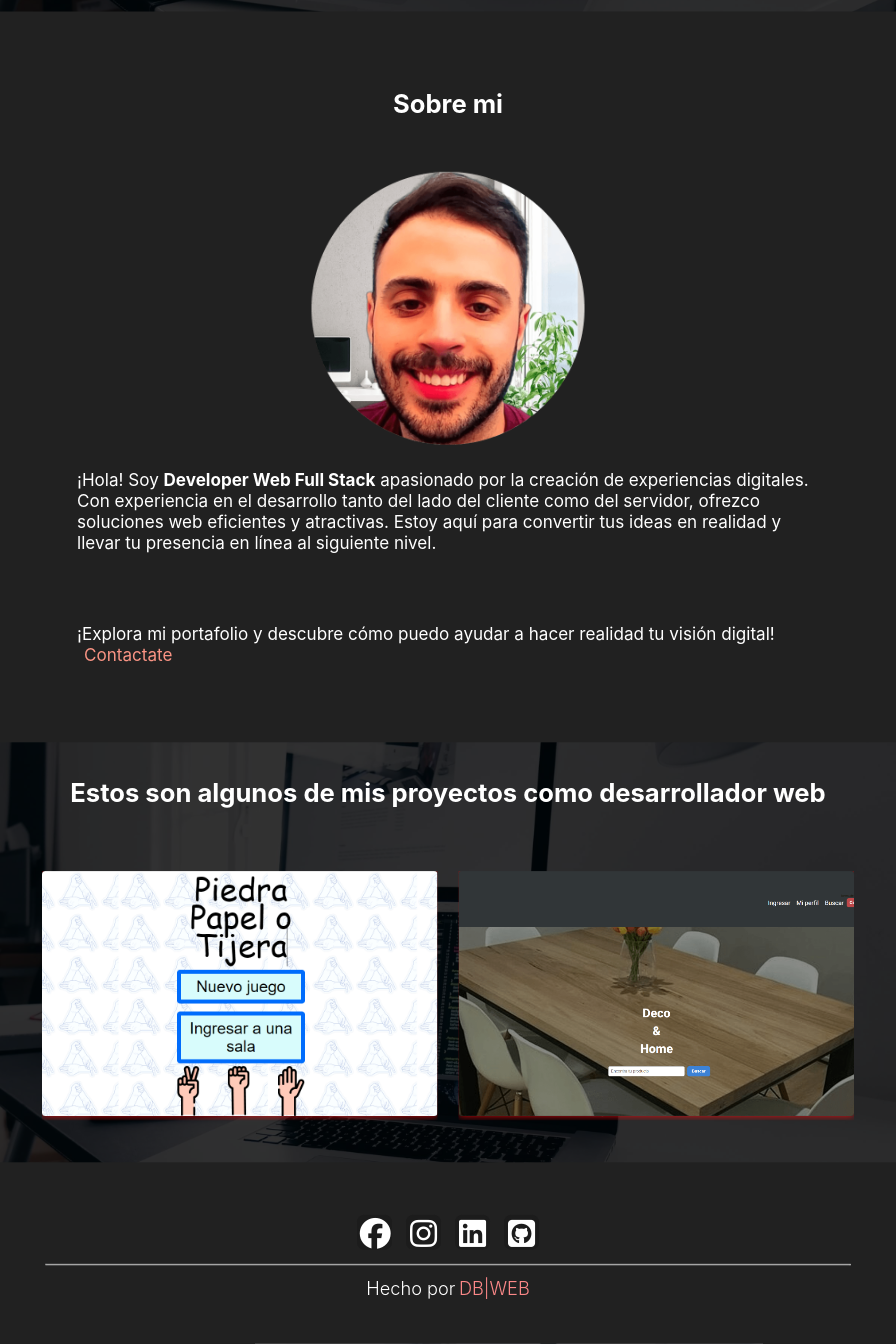
Repository: DamianBermudez94/DB-Porfolio
Page: /
The author's editor kept a copy of each file at every save. The page is drawn from the files as they stood at one save, then again after the next save.
The browser window is 1280 px wide. The pictures show the part of the page from y = 728 to 2648 px (the page is 2648 px tall), at 70% of full size.
Backgrounds fixed to the window are drawn as part of the page. Some web libraries are served in a nearby version. The project was rebuilt for these pictures with package versions that can differ from the ones it lists, and the page was loaded fresh each time. Also part of the build but not shown: vite.config.js, src/components/Servicios/styles.css, src/components/Servicios/Service.jsx, src/pages/Servicios.jsx, src/components/Conocimientos/Conocimientos.jsx, src/pages/AcerdaDe.jsx, src/components/Contacto/Contact.jsx, src/pages/contacto.jsx and 2 more.

Above is the page before, as saved 2024-03-11 19:03:58.

### index.html
<!DOCTYPE html>
<html lang="en">
  <head>
    <meta charset="utf-8" />
    <link rel="icon" href="./public/image/IconoDB.png" />
    <link rel="apple-touch-icon" href="./public/image/IconoDB.png" />
    <meta name="viewport" content="width=device-width, initial-scale=1" />
    <link rel="manifest" href="./src/manifiesto.json">
    <meta name="theme-color" content="#000000" />
    <!--Estilos-->
    <script
      src="https://kit.fontawesome.com/bdbed0aafa.js"
      crossorigin="anonymous"
    ></script>
    <link rel="preconnect" href="https://fonts.gstatic.com" />
    <link rel="preconnect" href="https://fonts.gstatic.com" />
    <link rel="preconnect" href="https://fonts.gstatic.com" />
    <link rel="preconnect" href="https://fonts.gstatic.com" />
    <link
      href="https://fonts.googleapis.com/css2?family=Raleway:wght@200;300&family=Roboto:wght@100;300&display=swap"
      rel="stylesheet"
    />
    <meta name="author" content="Damián Bermúdez" />
    <meta name="description" content="Porfolio web - Damián Bermúdez" />

    <title>Damián Bermúdez - Developer</title>
  </head>
  <body>
    <div id="root"></div>
    <script type="module" src="/src/main.jsx"></script>
  </body>
</html>

### src/main.jsx
import ReactDOM from "react-dom/client";
import "./index.css";
import App from "./App";
import Modal from 'react-modal';
Modal.setAppElement('#root');
const root = ReactDOM.createRoot(document.getElementById("root"));
root.render(<App />);

### src/index.css
* {
  margin: 0;
  padding: 0;
  box-sizing: border-box;
}
body {
  font-family: -apple-system, BlinkMacSystemFont, "Segoe UI", "Roboto", "Oxygen",
    "Ubuntu", "Cantarell", "Fira Sans", "Droid Sans", "Helvetica Neue",
    sans-serif;
  -webkit-font-smoothing: antialiased;
  -moz-osx-font-smoothing: grayscale;
}

### src/App.jsx
import "./App.css";
import { MisRutas } from "./routers/MisRutas";

function App() {
  return (
    <div className="layout">
      <MisRutas />
    </div>
  );
}

export default App;

### src/App.css
.layout {
  margin: 0 auto;
  background-color: #282c34;
  font-size: calc(10px + 2vmin);
  color: white;
  background-image: url("/public/image/banner-parallax.jpg");
  background-size: cover;
  background-position: center;
  background-attachment: fixed;
}
.layout .container-rutas {
  background-color: rgba(0, 0, 0, 0.8);
  width: 100%;
  height: 100%;
  padding-top: 145px;
}

### src/routers/MisRutas.jsx
import { BrowserRouter, Routes, Route } from "react-router-dom";

import { Inicio } from "../pages/Inicio";
import { Servicios } from "../pages/Servicios";
import { AcerdaDe } from "../pages/AcerdaDe";
import { Contacto } from "../pages/contacto";
import { Proyectos } from "../pages/Proyecto";
import { Error } from "../components/Error";
import { NavHeader } from "../components/header/NavHeader";
import { Footer } from "../components/Footer/Footer";

export const MisRutas = () => {
  return (
    <div className="container-rutas">
      <BrowserRouter>
        {/*Header y navegacion*/}
        <NavHeader />
        {/*Contenido general*/}

        <Routes>
          <Route path="/" element={<Inicio />} />
          <Route path="/inicio" element={<Inicio />} />
          <Route path="/servicios" element={<Servicios />} />
          <Route path="/conocimientos" element={<AcerdaDe />} />
          <Route path="/contacto" element={<Contacto />} />
          <Route path="/proyecto" element={<Proyectos />} />
          <Route path="*" element={<Error />} />
        </Routes>

        {/* Footer*/}
        <Footer />
      </BrowserRouter>
    </div>
  );
};

### src/pages/Inicio.jsx

import { Home } from "../components/Home/Home";
export const Inicio = () => {
  return (
  <div><Home/> </div>
  );
};

### src/components/header/NavHeader.jsx
import { useState, useEffect } from "react";
import { NavLink } from "react-router-dom";
import "./NavHeader.css";
import BurguerButton from "./burgerButton";

export const NavHeader = () => {
  const [clicked, setClicked] = useState(false);
  const [scrolled, setScrolled] = useState(false);
  const handleClick = () => {
    //cuando esta true lo pasa a false y vice versa
    setClicked(!clicked);
  };
  useEffect(() => {
    const handleScroll = () => {
      if (window.scrollY > 50) {
        setScrolled(true);
      } else {
        setScrolled(false);
      }
    };

    window.addEventListener("scroll", handleScroll);

    // Limpiar el event listener en el desmontaje del componente
    return () => {
      window.removeEventListener("scroll", handleScroll);
    };
  }, []);

  return (
    <header className={`header ${scrolled ? "scrolled" : ""}`}>
      <div className="nav-content">
        <div className="logo">
          <NavLink to="/inicio">
            <img
              src={"/image/Logo-DB.png"}
              alt="Damian Bermudez desarrollador web"
            ></img>
          </NavLink>
        </div>

        <BurguerButton
          className="btn-menu"
          clicked={clicked}
          handleClick={handleClick}
        />
        <nav className={`links ${clicked ? "active" : ""}`}>
          <ul>
            <li>
              <NavLink
                to="/inicio"
                onClick={handleClick}
                className={({ isActive }) => (isActive ? "active" : "")}
              >
                Inicio
              </NavLink>
            </li>
            <li>
              <NavLink
                to="/proyecto"
                onClick={handleClick}
                className={({ isActive }) => (isActive ? "active" : "")}
              >
                proyectos
              </NavLink>
            </li>
            <li>
              <NavLink
                to="/servicios"
                onClick={handleClick}
                className={({ isActive }) => (isActive ? "active" : "")}
              >
                servicios
              </NavLink>
            </li>
            <li>
              <NavLink
                to="/conocimientos"
                onClick={handleClick}
                className={({ isActive }) => (isActive ? "active" : "")}
              >
                conocimientos
              </NavLink>
            </li>
            <li>
              <NavLink
                to="/contacto"
                onClick={handleClick}
                className={({ isActive }) => (isActive ? "active" : "")}
              >
                contacto
              </NavLink>
            </li>
          </ul>
        </nav>
      </div>
    </header>
  );
};

### src/components/Footer/Footer.jsx

import './Footer.css'
export const Footer = () => {
  return (
    <footer className="footer">
      <div className="contenedor-footer container">
          <div className="footer-redes__sociales">
              <a href="https://www.facebook.com" className="link-redes_sociales" ><i className="fab fa-facebook facebook"></i></a>
              <a href="https://www.instagram.com" className="link-redes_sociales" ><i className="fab fa-instagram instagran"></i></a>
              <a href="https://www.linkedin.com" className="link-redes_sociales" ><i className="fab fa-linkedin linkedin"></i></a>
              <a href="https:/www.github.com" className="link-redes_sociales" ><i className="fab fa-github-square github"></i></a>
          </div>
          <hr className='footer-linea' />
          <div className="footer-text">
              <p className="title-copy">Hecho por<a className="title-footer" href="https://damianbermudezdev.es/">DB|WEB</a></p>
          </div>
      </div>
    </footer>
  )
}

### src/components/Home/Home.jsx
import { NavLink } from "react-router-dom";
import { ListadoTrabajos } from "../Proyectos/ListaTrabajos";
import "./styles.css";
export const Home = () => {
  return (
    <section className="home">
      <div className="home-welcome">
        <div className="container-home">
          <h1 className="title-welcome" style={{ "--duration": "1s" }}>
            <span style={{ "--delay": " .5s" }}>Hola! Mi nombre es,</span>
            <span className="title-custom" style={{ "--delay": ".6s" }}>
              Damián Bermúdez.
            </span>
            <span className="parrafo-welcome" style={{ "--duration": "1s" }}>
              <span style={{ "--delay": " .7s" }}>
                Developer web full stack.
              </span>
            </span>
          </h1>

          <div className="container-redes_inicio">
            <NavLink
              to="https://www.linkedin.com/in/damian-bermudez-4a4a33204/"
              className="link-redes_sociales"
              target="_blank"
            >
              <i className="fab fa-linkedin linkedin"></i>
            </NavLink>
            <NavLink
              to="https://github.com/DamianBermudez94"
              className="link-redes_sociales"
              target="_blank"
            >
              <i className="fab fa-github-square github"></i>
            </NavLink>
            <a
              className="btn-cv"
              href="./cv-pdf/CVDamianBermudez2023_1_ (1).pdf"
              download="CV-damian-bermudez.pdf"
            >
              Descargar mi CV
            </a>
          </div>
        </div>
      </div>
      <section className="section-me">
        <h2>Sobre mi</h2>
        <div className="container-me" data-animation="diagonal">
          <img
            src={"/image/profile-damianbermudez.png"}
            alt="Damian Bermudez desarrollador web"
          ></img>
          <p>
            ¡Hola! Soy <strong>Developer Web Full Stack</strong> apasionado por
            la creación de experiencias digitales. Con experiencia en el
            desarrollo tanto del lado del cliente como del servidor, ofrezco
            soluciones web eficientes y atractivas. Estoy aquí para convertir
            tus ideas en realidad y llevar tu presencia en línea al siguiente
            nivel.
          </p>
        </div>
        <div className="container-inicio_contacto" data-animation="diagonal">
          <p className="parrafo-contacto">
            ¡Explora mi portafolio y descubre cómo puedo ayudar a hacer realidad
            tu visión digital!{" "}
            <NavLink className="enlace-contacto" to="/contacto">
              Contactate
              <span className="border border-top"></span>
              <span className="border border-right"></span>
              <span className="border border-bottom"></span>
              <span className="border border-left"></span>
            </NavLink>
          </p>
        </div>
      </section>
      <section className="content-proyectos__inicio">
        <h2>Estos son algunos de mis proyectos como desarrollador web</h2>
        <ListadoTrabajos limite="2" />
      </section>
    </section>
  );
};

### src/components/header/NavHeader.css
.header {
  height: 80px;

  max-width: 1200px;
  display: flex;
  justify-content: center;
  align-items: center;
  padding: 10px;
  position: fixed;
  top: 0;
  right: 0;
  left: 0;
  z-index: 1000;
  padding: 10px 20px;
  margin: 0 auto;
  transition: background-color 0.5s ease;
}

/* Cambiar el fondo al hacer scroll */
.header.scrolled {
  background-color: rgba(83, 83, 83, 0.9);
  border-radius: 10px;
  width: 80%;
  display: flex;
  justify-content: center;
  align-items: center;
  position: fixed;

  margin: 0 auto;
}

.nav-content {
  width: 90%;
  height: 80px;

  margin: 0 auto;
  display: flex;
  justify-content: space-around;
  padding: 5px;
  align-items: center;
}
.header .logo img {
  width: 150px;
  height: 100px;
  object-fit: cover;
}

.header nav ul {
  display: flex;
  justify-content: center;
  align-items: center;
  list-style: none;
}
.header li {
  text-decoration: none;
  text-transform: uppercase;
  font-size: 17px;
  font-weight: bold;
  margin: 15px;
}
.header li a {
  text-decoration: none;
  transition: all 300ms;
  color: #f1f1f1;
}
.header .active,
.header a:hover {
  color: rgb(255, 80, 80);
}

.header .btn-menu {
  display: none;
}
@media screen and (max-width: 860px) {
  .header {
    overflow: hidden;
  }

  .header .logo img {
    width: 200px;
  }
  .header nav {
    position: fixed;
    top: 70px;
    left: -140%;
    width: 80%;
    height: calc(100vh - 60px);
    background-color: #fff;
    z-index: 9;
  }
  .links.active {
    width: 100%;
    height: 100vh;
    display: block;
    top: 150px;
    left: 0;
    right: 0;
    margin-left: auto;
    margin-right: auto;
    text-align: center;
    opacity: 1;
    background: rgba(255, 255, 255, 0);
    backdrop-filter: blur(19px);
  }
  .links.close {
    display: none;
  }
  nav ul {
    margin: 0 auto;
    flex-direction: column;
    border-top: 5px solid rgb(255, 1, 1);
    padding: 5px;
  }

  nav ul li {
    width: 100%;
    margin: 10px auto;
    border-bottom: 1px solid rgb(255, 1, 1);
  }
  nav ul li a {
    background: none;
    color: rgb(255, 1, 1);
  }
  body.dark nav ul li a {
    color: #f1f1f1;
  }
  nav ul li a.active {
    background: none;
    color: rgb(0, 0, 0);
  }
  body.dark nav ul li a.active {
    color: rgb(255, 1, 1);
  }
  nav ul li a.active:hover {
    background: none;
    color: rgb(0, 0, 0);
  }
}

### src/components/header/burgerButton.jsx
/* eslint-disable react/prop-types */

import styled from "styled-components";

function BurguerButton(props) {
  return (
    <Burguer>
      <div
        onClick={props.handleClick}
        className={`btn-menu nav-icon-5 ${props.clicked ? "open" : ""}`}
      >
        <span></span>
        <span></span>
        <span></span>
      </div>
    </Burguer>
  );
}

export default BurguerButton;

const Burguer = styled.div`
  /* nav-icon-5 */
  .nav-icon-5 {
    width: 35px;
    height: 30px;
    position: relative;
    cursor: pointer;
    display: flex;
    margin: 25px 50px;
  }
  .nav-icon-5 span {
    background-color: #fff;
    position: absolute;
    border-radius: 2px;
    transition: 0.3s cubic-bezier(0.8, 0.5, 0.2, 1.4);
    width: 100%;
    height: 4px;
    transition-duration: 500ms;
  }
  .nav-icon-5 span:nth-child(1) {
    top: 0px;
    left: 0px;
  }
  .nav-icon-5 span:nth-child(2) {
    top: 13px;
    left: 0px;
    opacity: 1;
  }
  .nav-icon-5 span:nth-child(3) {
    bottom: 0px;
    left: 0px;
  }
  .nav-icon-5:not(.open):hover span:nth-child(1) {
    transform: rotate(-3deg) scaleY(1.1);
  }
  .nav-icon-5:not(.open):hover span:nth-child(2) {
    transform: rotate(3deg) scaleY(1.1);
  }
  .nav-icon-5:not(.open):hover span:nth-child(3) {
    transform: rotate(-4deg) scaleY(1.1);
  }
  .nav-icon-5.open span:nth-child(1) {
    transform: rotate(45deg);
    top: 13px;
  }
  .nav-icon-5.open span:nth-child(2) {
    opacity: 0;
  }
  .nav-icon-5.open span:nth-child(3) {
    transform: rotate(-45deg);
    top: 13px;
  }
  @media screen and (min-width: 860px) {
    .btn-menu {
      display: none;
    }
  }
`;

### src/components/Footer/Footer.css
.footer {
  min-height: 120px;
  line-height: 7px;
  text-align: center;
  font-size: 22px;
  padding: 45px;
  background-color: #212121;
}

.contenedor-footer {
  display: flex;
  flex-direction: column;
  justify-content: center;
  align-content: center;
  margin: 0 auto;
  padding: 20px;
}
.footer-text {
  display: flex;
  justify-content: center;
  align-items: center;
  padding: 10px;
  margin-top: 20px;
}
.title-copy {
  text-align: center;
  font-size: 26px;
  font-weight: 300;
}
.title-footer {
  text-decoration: none;
  color: rgb(252, 136, 136);
  margin-left: 5px;
}
.footer-linea{
  height: 1px;
  width: 100%;

}
body.dark .title-copy {
  color: #f1f1f1;
}

.footer-redes__sociales {
  display: flex;
  justify-content: center;
  align-items: center;
  text-align: center;
  margin-bottom: 10px;
}
.link-redes_sociales {
  text-decoration: none;
  width: 50px;
  height: 50px;
  margin: 10px;
  color: rgb(255, 255, 255);
  background-color: rgb(28, 28, 28);
  border-radius: 10px;
  text-align: center;
  position: relative;
  transition: transform 0.4s;
  font-size: 26px;
  padding: 4px;
}
.link-redes_sociales:hover {
  transform: rotate(45deg);
}
.link-redes_sociales::before {
  content: "";
  position: absolute;
  width: 100%;
  height: 100%;
  opacity: 0;
  background-color: #373737;
  border-radius: 10px;
  transition: opacity 0.2s;
}
.link-redes_sociales:hover::before {
  opacity: 0.4;
}
.link-redes_sociales:nth-child(1)::before {
  background-color: rgb(255, 80, 80);
}
.link-redes_sociales:nth-child(2)::before {
  background-color: rgb(255, 80, 80);
}
.link-redes_sociales:nth-child(3)::before {
  background-color: rgb(255, 80, 80);
}
.link-redes_sociales:nth-child(4)::before {
  background-color: rgb(255, 80, 80);
}

.link-redes_sociales:hover::before {
  transform: translate(-4px, -4px);
  filter: blur(10px);
}

.link-redes_sociales i {
  font-size: 1.7em;
  transition: all 0.4s;
}
.link-redes_sociales:hover i {
  color: #f1f1f1;
  transform: rotate(-45deg);
}

body.dark .redes-sociales i {
  color: #f1f1f1;
}

### src/components/Proyectos/styles.css
/**--Estilos seccion Proyectos--**/

.section-proyectos {
 width: 100%;
  max-width: 1600px;
  display: grid;
  grid-template-columns: repeat(2, 1fr);
  grid-gap: 30px;
  padding: 10px;
  margin: 0 auto;
}
.title-proyectos {
  font-size: 55px;
  margin: auto;
  text-align: center;
  padding: 25px;
}
.card-proyectos {
  display: flex;
  align-items: center;
  flex-direction: column;
  overflow: hidden;
}
.content-proyectos__img img {
  object-fit: cover;
  border-radius: 5px;
  width: 100%;
  height: 350px;
  overflow: hidden;
  box-shadow: 0 0 10px rgba(247, 10, 10, 0.9);
  cursor: pointer;
}

.card-proyectos span {
  display: block;
  color: white;
  font-size: 18px;
  margin-top: 35px;
}
.card-proyectos h2 {
  display: block;
  color: white;
  margin-top: 5px;
  font-size: 25px;
}
.card-proyectos a {
  color: white;
  text-decoration: none;
  transition: none;
  text-align: center;
}

.content-proyectos__enlace {
  width: 100%;
  display: flex;
  justify-content: center;
  align-items: center;
  padding: 20px;
  margin: 0 auto;
}

.proyectos-enlace {
  width: 40%;
  max-width: 200px;
  text-decoration: none;
  display: flex;
  align-items: center;
  justify-content: center;
  margin: 0 auto;
  font-size: 18px;
  cursor: pointer;
  text-transform: uppercase;
  letter-spacing: 2px;
  color: rgb(255, 0, 0);
  background-color: transparent;
  outline: 2px solid rgb(255, 80, 80);
  border: none;
  border-radius: 8px;
  padding: 10px 20px;
  position: relative;

  overflow: hidden;
  transition: color 1s;
}

.proyectos-enlace:hover {
  color: #000000;
  z-index: 1;
}

.proyectos-enlace::before {
  content: "";
  position: absolute;
  top: 0;
  left: -50px;
  width: 150%;
  height: 100%;
  background-color: rgba(255, 85, 85, 0.5);
  border: none;
  outline: 3px solid rgb(0, 0, 0);
  transform: scaleX(0) skewX(35deg);
  transform-origin: left;
  z-index: -1;
  transition: transform 1s;
}

.proyectos-enlace:hover::before {
  transform: scaleX(1) skewX(35deg);
}

/* Modal personalizado */
.mi-modal {
  width: 600px;
  height: 500px;
  display: flex;
  justify-content: space-between;
  align-items: center;
  background-color: rgba(0, 0, 0, 0.336);
  border-radius: 5px;
  box-shadow: 0 0 10px rgba(247, 10, 10, 0.9);
  padding: 20px;
}
.container-modal{
  display: flex;
  justify-content: space-around;
  padding: 10px;
  flex-direction: column;

}
/* Overlay personalizado */
.mi-modal-overlay {
  color: #fff;
  position: fixed; /* Asegura que el overlay cubra toda la pantalla */
  top: 0;
  left: 0;
  right: 0;
  bottom: 0;
  background-color: rgba(0, 0, 0, 0.281); /* Color de fondo oscuro con opacidad */
  z-index:  1000;
  margin: 0 auto;

}

@media (max-width: 1120px) {
  .section-proyectos {
    display: grid;
    grid-template-columns: repeat(2, 1fr);

    grid-gap: 10px;
  }
}
@media (max-width: 760px) {
  .section-proyectos {
    display: grid;
    grid-template-columns: repeat(1, 1fr);
    grid-gap: 10px;
  }
  .mi-modal {
    width: 400px;

    height: 500px;
    display: flex;
    justify-content: space-between;
    align-items: center;
    background-color: rgba(0, 0, 0, 0.336);
    border-radius: 5px;
    padding: 20px;
    box-shadow: 0 0 10px rgba(247, 10, 10, 0.9);
  }
}
@media (max-width: 480px) {

  .mi-modal {
    width: 300px;


  }
}

Loaded but not shown: src/data/trabajos.js (48 lines, source omitted); src/components/Contacto/styles.css (267 lines, source omitted); src/components/Home/styles.css (238 lines, source omitted); src/components/Proyectos/ListaTrabajos.jsx (102 lines, source omitted); src/components/Conocimientos/styles.css (147 lines, source omitted)

After the next save:
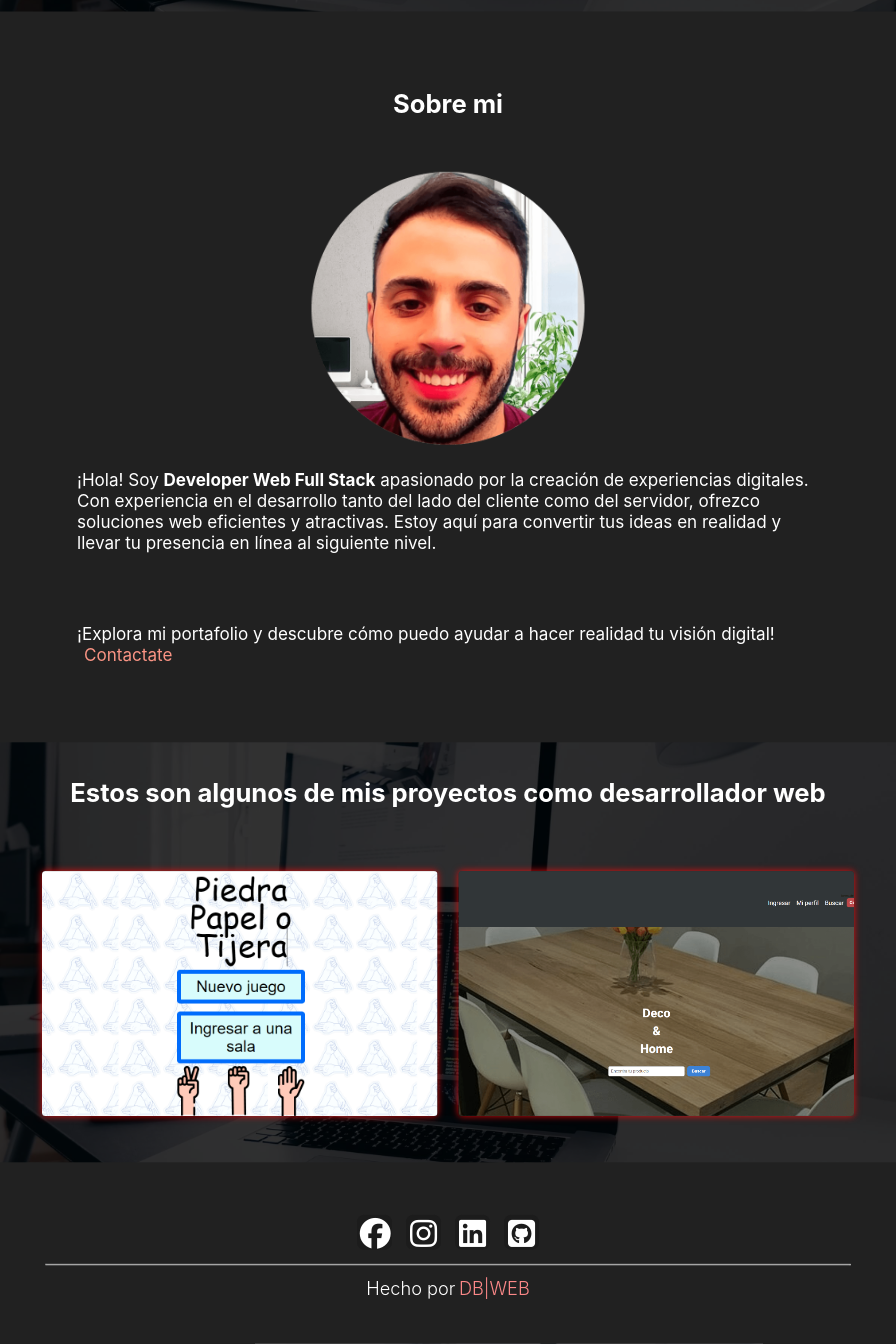
Saved 40 s later.
--- a/src/components/Proyectos/styles.css
+++ b/src/components/Proyectos/styles.css
@@ -19,7 +19,7 @@
   display: flex;
   align-items: center;
   flex-direction: column;
-  overflow: hidden;
+
 }
 .content-proyectos__img img {
   object-fit: cover;
